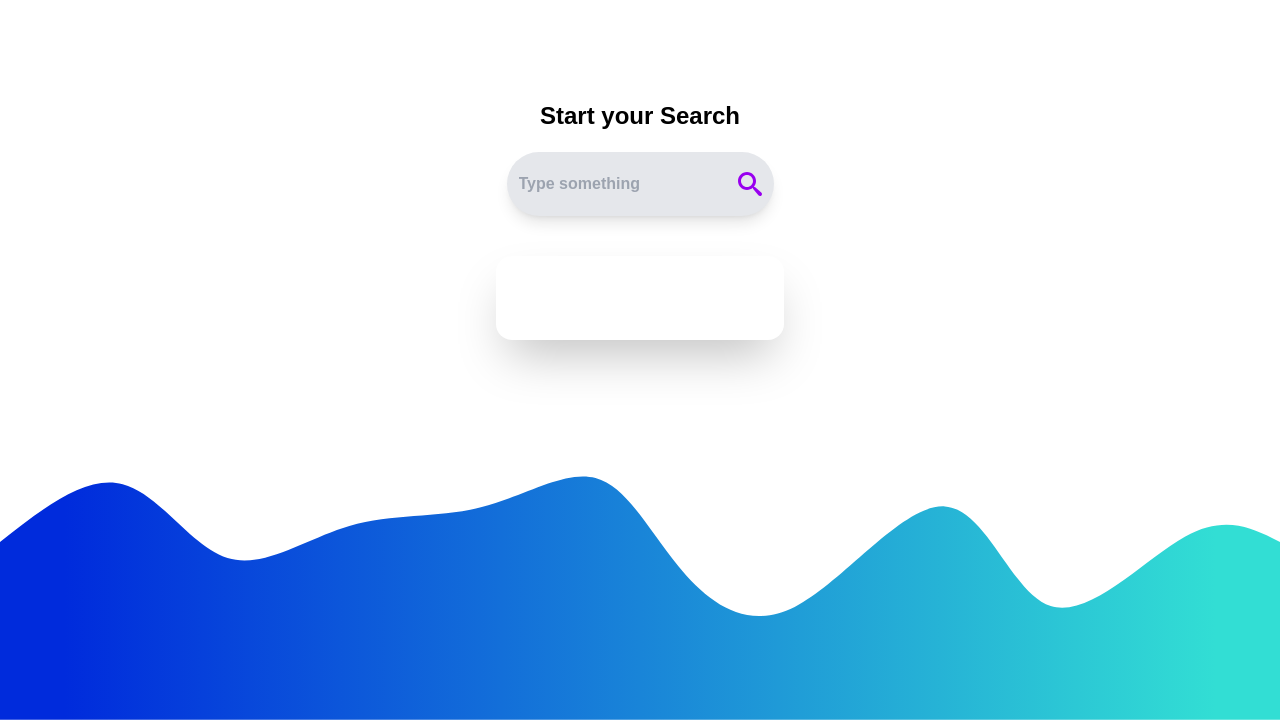
Repository: evergreenx/dictionary-octo
Page: /
These files come from the project's save history. The page is drawn as it stood at one moment and after the next save; the edit follows.
The browser window is 1280 px wide. The pictures show the whole page.
The page's requests for data from a server got no answer. The project was rebuilt for these pictures with package versions that can differ from the ones it lists, and the page was loaded fresh each time. The framework's server and built-in components were replaced by stand-ins that run in the browser. No one was signed in, and anything a server would have sent is missing. Also part of the build but not shown: next.config.js.

Above is the page before, as saved 2022-04-30 16:29:12.

### pages/index.js
import { useEffect, useState } from "react";

import Head from "next/head";
import Image from "next/image";
import bgimage from "../public/bg.svg";
import axios from "axios";

import { ImSearch } from "react-icons/im";
import RandomWord from "../components/RandomWord";

const Home = ({ res }) => {
  const [randomWord, setRandomWord] = useState("");
  const [intialWord, setIntialWord] = useState("");
  console.log(res);

  useEffect(() => {
    axios
      .get("https://random-word-api.herokuapp.com/word?number=1")
      .then((res) => {
        console.log(res.data);
        setRandomWord;
      });
  }, []);

  useEffect(() => {
    axios

      .get("https://api.dictionaryapi.dev/api/v2/entries/en/hello")

      .then((res) => {
        console.log(res.data);

        setIntialWord(res.data[0]);
      });
  }, []);

  console.log(intialWord, "testting");

  return (
    <div>
      <Head>
        <title>Create Next App</title>
        <meta name="description" content="Generated by create next app" />
        <link rel="icon" href="/favicon.ico" />
      </Head>

      <main className=" py-20">
        <section className="input--container pb-10 flex flex-col justify-center items-center ">
          <h1 className="text-2xl font-bold text-center py-5">
            Start your Search
          </h1>

          <div className="flex items-center bg-gray-200 shadow-lg rounded-full py-3 px-3">
            <input
              className="input--text bg-gray-200 font-bold outline-none py-2"
              type="text"
              placeholder="Type something"
            />

            <ImSearch className="text-[#9900efff] text-2xl" />
          </div>
        </section>

        <section>
          <RandomWord data={intialWord} />
        </section>
      </main>
    </div>
  );
};

export default Home;

### styles/globals.css
@tailwind base;
@tailwind components;
@tailwind utilities;

@import url("https://fonts.googleapis.com/css2?family=Quicksand&display=swap");

* {
  box-sizing: border-box;
  margin: 0;
  padding: 0;
}

body {
  background-image: url("../public/bg.svg");
  background-repeat: no-repeat;
  background-size: contain;
  background-position: bottom;

  height: 100vh;
  font-family: "Quicksand", sans-serif;
}

a {
  color: inherit;
  text-decoration: none;
}

### components/RandomWord.js
import React from "react";

const RandomWord = ({ data }) => {
  const { word, phonetics, meanings } = data;
  return (
    <div className="bg-white rounded-2xl shadow-2xl p-7 w-72 container h-auto mx-auto">
      <h2 className="font-bold text-2xl">{word}</h2>

      <p className="text-gray-400 pt-5 pb-2">
        {phonetics?.map((phonetic, index) => {
          return phonetic.text && <span key={index}>[{phonetic.text}]</span>;
        })}
      </p>

      <p className="text-black">
        {meanings?.map((text, index) => {
          return (
            text.partOfSpeech && (
              <span className="mr-4" key={index}>
                {text.partOfSpeech}
              </span>
            )
          );
        })}
      </p>

      <p className="text-black">
        {meanings?.map((text, index) => {
          return (
            text.definitions[0] && (
              <span className="mr-4 tracking-tight" key={index}>
                {text.definitions[0].definition}
              </span>
            )
          );
        })}
      </p>
    </div>
  );
};

export default RandomWord;

Loaded but not shown: pages/_app.js (common file); tailwind.config.js (common file)

After the next save:
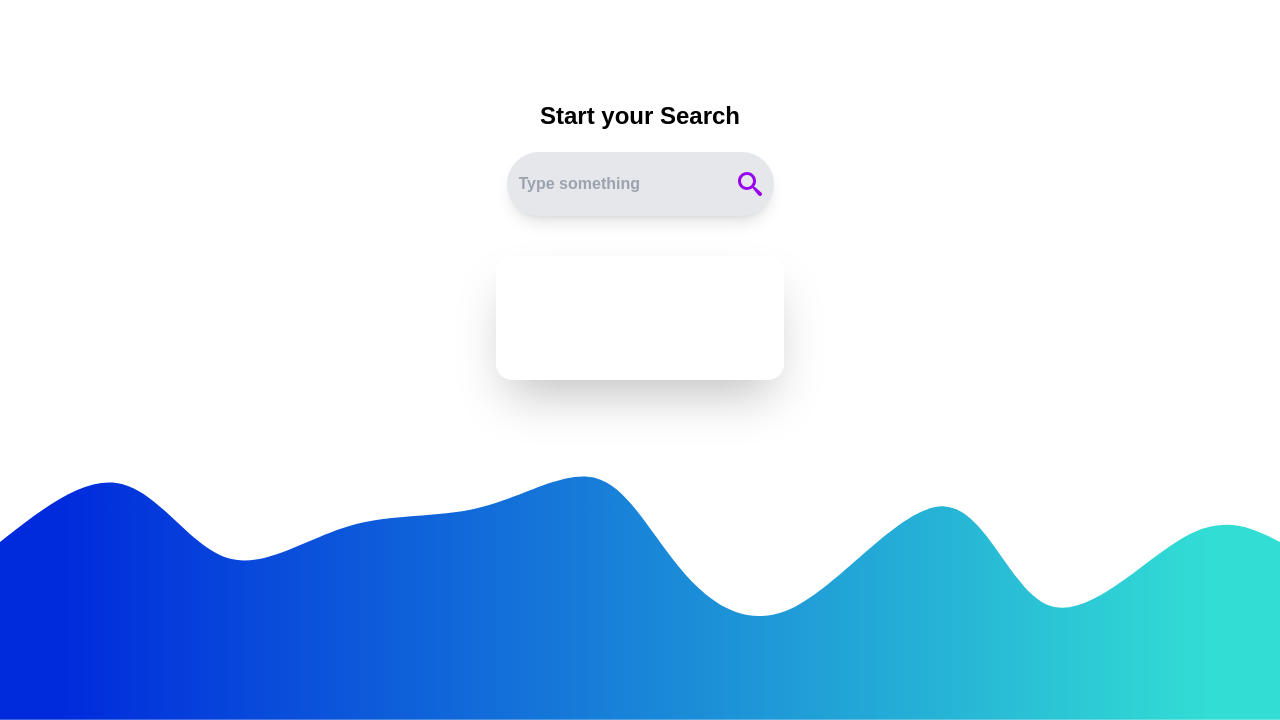
Saved 11 s later.
--- a/components/RandomWord.js
+++ b/components/RandomWord.js
@@ -24,7 +24,7 @@ const RandomWord = ({ data }) => {
         })}
       </p>
 
-      <p className="text-black">
+      <p className="text-black mt-10">
         {meanings?.map((text, index) => {
           return (
             text.definitions[0] && (
